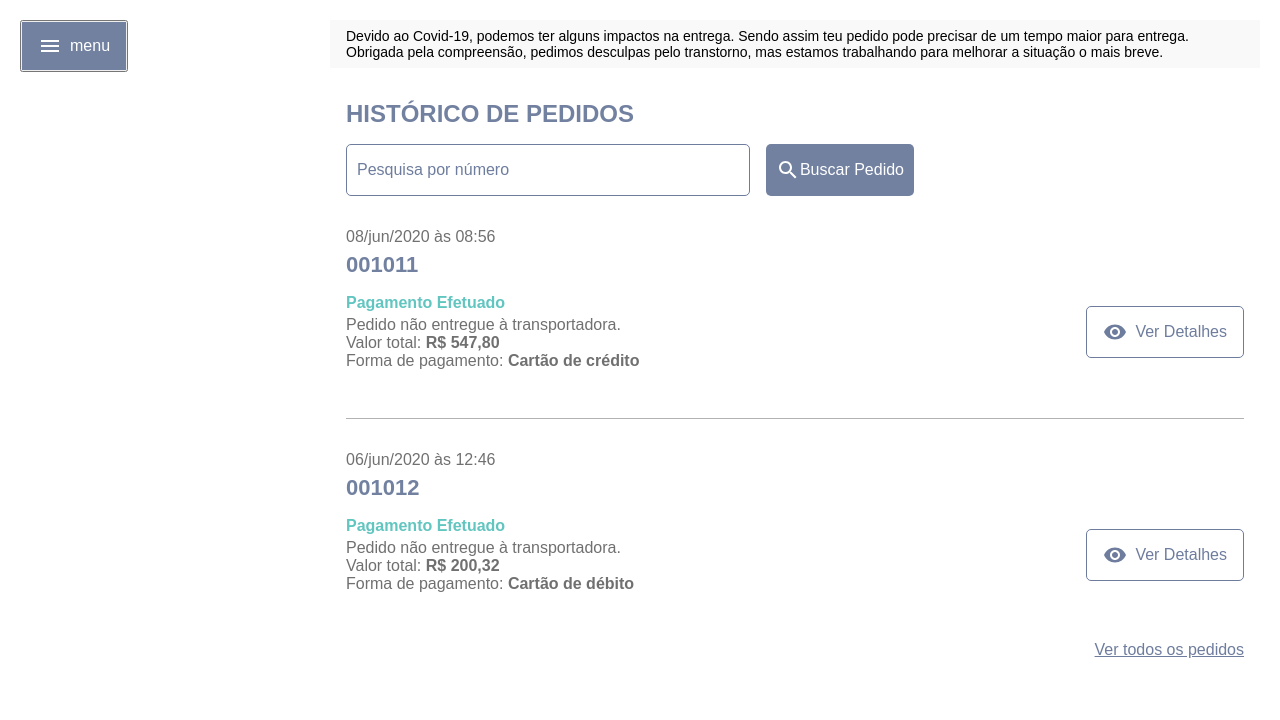
Repository: indiamarasiqueira/gestao-produto
Page: /
These files come from the project's save history. The page is drawn as it stood at one moment and after the next save; the edit follows.
The browser window is 1280 px wide. The pictures show the whole page.
The project was rebuilt for these pictures with package versions that can differ from the ones it lists, and the page was loaded fresh each time. Also part of the build but not shown: src/pages/generic/style.js, src/pages/generic/index.js, src/components/ModalMenu/index.js.

Above is the page before, as saved 2020-07-07 11:44:33.

### src/global.js
import { createGlobalStyle } from "styled-components";

const GlobalStyle = createGlobalStyle`
    * {
        margin: 0;
        padding: 0;
        outline: 0;
        box-sizing: border-box;
    }
   html, body, #root {
    margin: 0;
    padding: 0;
    font-family: 'Montserrat', sans-serif;
    -webkit-font-smoothing: antialiased;
    -moz-osx-font-smoothing: grayscale;
    background-color: #ffffff;
    }
`;
export default GlobalStyle;

### src/routes.js
import React from "react";
import { BrowserRouter, Switch, Route } from "react-router-dom";

import GenericPage from "./pages/generic";
// import AppMenu from "./components/AppMenu";
import OrderHistory from "./pages/orderHistory";
import AlertCovid from "./components/AlertCovid";

export default function Routes() {
  return (
    <BrowserRouter>
      <Switch>
        <Route path="*">
          {/* <AppMenu />
          <AlertCovid /> */}
          <Route path="/perfil" exact component={() => <GenericPage title="Meu Perfil" />} />
          <Route path="/localizacao" exact component={() => <GenericPage title="Meus endereços" />} />
          <Route path="/favoritos" exact component={() => <GenericPage title="Lista de favoritos" />} />
          <Route path={["/", "/pedidos"]} exact component={OrderHistory} />
        </Route>
      </Switch>
    </BrowserRouter>
  );
}

### src/pages/orderHistory/index.js
import React, { Fragment, useState } from "react";

import { OrderMenu, MenuApp } from "./style";

import AppMenu from '../../components/AppMenu'
import AlertCovid from "../../components/AlertCovid";
import HeaderTitle from "../../components/HeaderTitle";
import BoxSearch from "../../components/BoxSearch/index";
import Order from "../../components/Order/index";


const OrderHistory = () => {
  const [value, setValue] = useState("");
  const [query, setQuery] = useState("");
  const handleChange = (e) => setValue(e.target.value);

  const handleSubmit = (e) => {
    e.preventDefault();
    setQuery(value);
  };

  return (
    <OrderMenu>
      <MenuApp>
        <AppMenu />
      </MenuApp>
      <div>
        <AlertCovid />
        <HeaderTitle>HISTÓRICO DE PEDIDOS</HeaderTitle>
        <BoxSearch value={value} handleChange={handleChange} handleSubmit={handleSubmit} />
        <Order query={query} />
      </div>
    </OrderMenu>
  );
};
export default OrderHistory;

### src/components/AlertCovid/index.js
import React from "react";

import { Alert } from './style';

const AlertCovid = () => {
  return (
    <Alert>
      Devido ao Covid-19, podemos ter alguns impactos na entrega. Sendo assim teu pedido pode precisar de um tempo maior
      para entrega. Obrigada pela compreensão, pedimos desculpas pelo transtorno, mas estamos trabalhando para melhorar
      a situação o mais breve.
    </Alert>
  );
};
export default AlertCovid;

### src/components/HeaderTitle/index.js
import React from "react";

import { Title } from "./style";

const HeaderTitle = (props) => {
  return <Title>{props.children}</Title>;
};
export default HeaderTitle;

### src/pages/orderHistory/style.js
import styled from "styled-components";

export const OrderMenu = styled.div`
  display: grid;
  justify-content: center;
  grid-template-columns: 1fr 3fr ;
  padding: 20px;
  height: 100%;

   @media all and ( max-width: 1250px) {
    display: flex;
    flex-direction: column;

    padding: 40px 0;
  }
`;
export const MenuApp = styled.div`

`;

### src/components/AppMenu/index.js
import React, { useState } from "react";
import { useHistory } from "react-router-dom";

import MenuIcon from "@material-ui/icons/Menu";
import LockOpenIcon from "@material-ui/icons/LockOpen";
import HistoryIcon from "@material-ui/icons/History";
import RoomOutlinedIcon from "@material-ui/icons/RoomOutlined";
import FavoriteBorderIcon from "@material-ui/icons/FavoriteBorder";
import CloseIcon from "@material-ui/icons/Close";

import ModalMenu from "../ModalMenu/index";

import {
  MenuMain,
  Button,
  BoxIcon,
  MainMenu,
  UserInfo,
  UserInfoName,
  UserInfoEmail,
  MenuList,
  MenuListItem,
  MenuIconImage,
} from "./style";

const AppMenu = () => {
  const history = useHistory();
  const [show, showModal] = useState(false);
  const navigate = (route) => {
    history.push(route);
    showModal(false);
  };

  return (
    <MenuMain>
      <Button onClick={() => showModal(!show)}>
        <BoxIcon>{show ? <CloseIcon /> : <MenuIcon />}</BoxIcon>
        menu
      </Button>
      <ModalMenu show={show}>
        <MainMenu>
          <UserInfo>
            <UserInfoName>Caroline Melinda W Effting</UserInfoName>
            <UserInfoEmail>effting.caroline@gmail.com</UserInfoEmail>
          </UserInfo>
          <MenuList>
            <MenuListItem onClick={() => navigate("/perfil")}>
              <MenuIconImage>
                <LockOpenIcon />
              </MenuIconImage>
              <span className="menu-label">meu perfil</span>
            </MenuListItem>
            <MenuListItem onClick={() => navigate("/pedidos")}>
              <MenuIconImage>
                <HistoryIcon />
              </MenuIconImage>
              <span className="menu-label">histórico de pedidos</span>
            </MenuListItem>
            <MenuListItem onClick={() => navigate("/localizacao")}>
              <MenuIconImage>
                <RoomOutlinedIcon />
              </MenuIconImage>
              <span className="menu-label">meus endereços</span>
            </MenuListItem>
            <MenuListItem onClick={() => navigate("/favoritos")}>
              <MenuIconImage>
                <FavoriteBorderIcon />
              </MenuIconImage>
              <span className="menu-label">lista de favoritos</span>
            </MenuListItem>
          </MenuList>
        </MainMenu>
      </ModalMenu>
    </MenuMain>
  );
};
export default AppMenu;

### src/components/BoxSearch/index.js
import React from "react";

import { Box, InputText, ButtonSearch } from "./style";
import SearchIcon from "@material-ui/icons/Search";

const BoxSearch = (props) => {
  return (
    <Box onSubmit={props.handleSubmit}>
      <InputText
        type="number"
        placeholder="Pesquisa por número"
        value={props.value}
        onChange={props.handleChange}
      />
      <ButtonSearch type="submit">
        <SearchIcon />
        <span className="search-text">Buscar Pedido</span>
      </ButtonSearch>
    </Box>
  );
};
export default BoxSearch;

### src/components/Order/index.js
import React, { useState } from "react";

import VisibilityIcon from "@material-ui/icons/Visibility";
import orderData from '../../db.json'

import {
  Empty,
  OrderList,
  OrderListItem,
  OrderDate,
  OrderId,
  OrderBox,
  OrderInfo,
  OrderStatus,
  ButtonOutline,
  OrderAll,
} from "./style";

const findOrder = (detail, query) => {
  const list = orderData.data;

  if (query){
    const regex = new RegExp(query);

    return list.filter(item => regex.test(item.id))
  }

  return detail ? orderData.data : orderData.data.slice(0, 2);
}


const Order = ({query}) => {
  const [detail, setDetail] = useState(false);
  const list = findOrder(detail, query)

  if (!list.length) {
    return <Empty>nenhum pedido encontrado :(</Empty>
  }

  return (
    <OrderList>
      {list.map((item, key) => (
        <OrderListItem key={key}>
          <OrderDate>{item.date}</OrderDate>
          <OrderId>{item.id}</OrderId>
          <OrderBox>
            <OrderInfo>
              <OrderStatus>{item.title}</OrderStatus>
              <p>
                {item.description}
                <br />
                Valor total: <b>R$ {item.price} </b>
                <br />
                Forma de pagamento: <b>{item.payment}</b>
              </p>
            </OrderInfo>
            <ButtonOutline>
              <VisibilityIcon />
              Ver Detalhes
            </ButtonOutline>
          </OrderBox>
        </OrderListItem>
      ))}
      {!detail && <OrderAll onClick={setDetail}>Ver todos os pedidos</OrderAll>}
    </OrderList>
  );
};
export default Order;

### src/components/AlertCovid/style.js
import styled from "styled-components";


// Main Page
export const Alert = styled.div`
  background: #f9f9f9;
  padding: 8px 16px;
  font-size: 14px;
`;

### src/components/HeaderTitle/style.js
import styled from "styled-components";

export const Title = styled.h1`
  color: #7281a0;
  padding: 16px;
  margin-top: 16px;
  font-weight: bold;
  font-size: 24px;
`;

### src/components/AppMenu/style.js
import styled from "styled-components";

export const MenuMain = styled.button`

`;
export const Button = styled.button`
  display: flex;
  align-items: center;
  justify-content: start;
  padding: 12px 16px;
  border: none;
  background: #7281A0;
  width: 100%;
  color: #ffffff;
  font-size: 16px;
  transition: all 0.2s ease-out;
  height: 48px;

  :hover{
    color: #7281A0;
    background: #F4F4F4;
  }

`;
export const BoxIcon = styled.div`
  display: inline-block;
  margin-right: 8px;
  height: 24px;
`;
export const MainMenu = styled.div`
  color: #717171;
  padding: 0 16px;
  border-bottom: 1px solid rgba(0, 0, 0, 0.3);
  position: fixed;
  top: 48px;
  left: 0;
  right: 0;
  bottom: 0;
  background: #fff;

   @media all and (min-width: 600px) {
    border-right: 1px solid rgba(0, 0, 0, 0.3);
    display: flex;
    align-items: start;
    justify-content: start;
    flex-direction: column;
    width: 417px;
    height: 100%;
    position: fixed;
    font-size: 16px;
  }
`;

// User
export const UserInfo = styled.div`
  padding: 16px 0;
`;
export const UserInfoName = styled.p`
  margin-bottom: 8px;
`;
export const UserInfoEmail = styled.p``;
// Menu
export const MenuList = styled.nav`
    @media all and (min-width: 600px) {

    width: 400px;
    height: 100%;

  }
`;

export const MenuListItem = styled.a`
  display: flex;
  align-items: center;
  padding: 16px 0;
  border-top: 1px solid rgba(0, 0, 0, 0.3);

  :hover{
    color: #707070;
    background: #F4F4F4;
  }
`;
export const MenuIconImage = styled.i`
  padding-left: 4px;
  padding-right: 16px;
`;

### src/components/BoxSearch/style.js
import styled from "styled-components";

export const Box = styled.form`
  padding: 0 16px;
  display: flex;
  align-items: center;
  justify-content: space-between;
  max-width: 600px;

`;
export const InputText = styled.input`
  flex: 1;
  color: #7281a0;
  height: 52px;
  border-radius: 5px;
  border: 1px solid #6e7d9d;
  font-size: 16px;
  padding-left: 10px;

  ::placeholder {
    color: #6e7d9d;
  }
`;
export const ButtonSearch = styled.button`
  background: #7281a0;
  border-radius: 5px;
  height: 52px;
  border: none;
  margin-left: 16px;
  padding: 10px;
  color: #ffffff;
  font-size: 16px;
  display: flex;
  align-items: center;
  justify-content: center;

  @media all and (max-width: 600px){
    .search-text{
      display: none;
    }
  }
`;

### src/db.json
{
  "data": [
    {
      "id": "001011",
      "date": "08/jun/2020 às 08:56",
      "title": "Pagamento Efetuado",
      "description": "Pedido não entregue à transportadora.",
      "price": "547,80",
      "payment": "Cartão de crédito"

    },
    {
      "id": "001012",
      "date": "06/jun/2020 às 12:46",
      "title": "Pagamento Efetuado",
      "description": "Pedido não entregue à transportadora.",
      "price": "200,32",
      "payment": "Cartão de débito"
    },
    {
      "id": "001013",
      "date": "04/jun/2020 às 09:30",
      "title": "Pagamento Efetuado",
      "description": "Pedido não entregue à transportadora.",
      "price": "150,60",
      "payment": "Cartão de crédito"
    },
    {
      "id": "001014",
      "date": "29/mai/2020 às 17:30",
      "title": "Pagamento Efetuado",
      "description": "Pedido não entregue à transportadora.",
      "price": "83,58",
      "payment": "Cartão de débito"
    }
  ]

}

### src/components/Order/style.js
import styled from "styled-components";

export const Empty = styled.div`
  padding: 16px;
  color: #ccc;
  text-align: center;
`;
export const OrderList = styled.div`
  padding: 0 16px;
`;
export const OrderListItem = styled.div`
  padding: 32px 0;
  border-top: 1px solid rgba(0, 0, 0, 0.3);

  &:first-of-type {
    border-top-width: 0;
  }

`;
export const OrderDate = styled.p`
  color: #707070;
  font-size: 16px;
`;
export const OrderId = styled.p`
  padding-top: 6px;
  color: #7281a0;
  font-size: 22px;
  font-weight: bold;
`;
export const OrderBox = styled.div`

  @media all and (min-width: 600px){
    display: flex;
    align-items: center;
  }
`;
export const OrderInfo = styled.div`
  flex: 1;
  margin: 16px 0;
  color: #707070;

`;
export const OrderStatus = styled.p`
  color: #61c5c0;
  margin-bottom: 4px;
  font-weight: bold;
`;
export const ButtonOutline = styled.div`
  border-radius: 5px;
  border: 1px solid #6e7d9d;
  height: 52px;
  display: flex;
  align-items: center;
  justify-content: center;
  color: #6e7d9d;
  padding: 8px 16px;

  svg {
    margin-right: 8px;
  }

`;
export const OrderAll = styled.button`
  color: #6E7D9D;
  margin-bottom: 32px;
  background: none;
  border: none;
  text-decoration: underline;
  width: 100%;
  display: flex;
  align-items: center;
  justify-content: flex-end;
  font-size: 16px;
`;

Loaded but not shown: public/index.html (common file); src/index.js (common file)

After the next save:
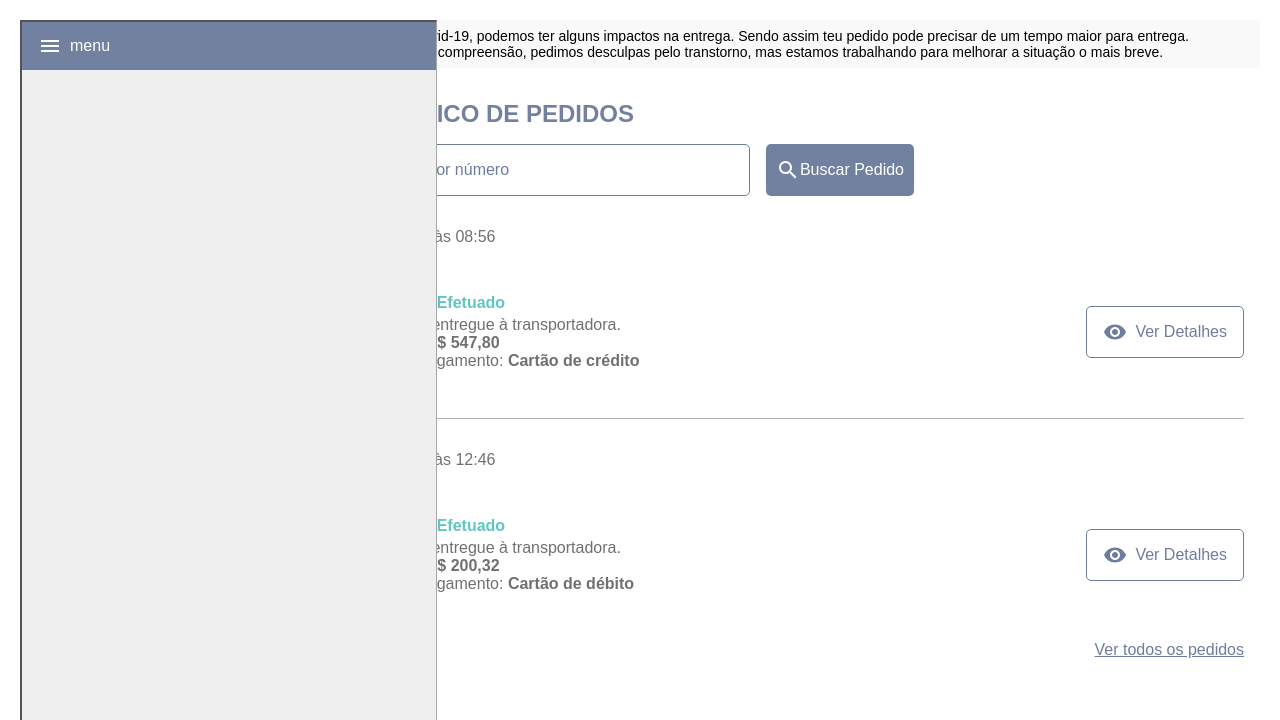
Saved 34 s later.
--- a/src/components/AppMenu/style.js
+++ b/src/components/AppMenu/style.js
@@ -2,6 +2,17 @@ import styled from "styled-components";
 
 export const MenuMain = styled.button`
 
+   @media all and (min-width: 600px) {
+    border-right: 1px solid rgba(0, 0, 0, 0.3);
+    display: flex;
+    align-items: start;
+    justify-content: start;
+    flex-direction: column;
+    width: 417px;
+    height: 100%;
+    position: fixed;
+    font-size: 16px;
+  }
 `;
 export const Button = styled.button`
   display: flex;
@@ -38,17 +49,6 @@ export const MainMenu = styled.div`
   bottom: 0;
   background: #fff;
 
-   @media all and (min-width: 600px) {
-    border-right: 1px solid rgba(0, 0, 0, 0.3);
-    display: flex;
-    align-items: start;
-    justify-content: start;
-    flex-direction: column;
-    width: 417px;
-    height: 100%;
-    position: fixed;
-    font-size: 16px;
-  }
 `;
 
 // User
